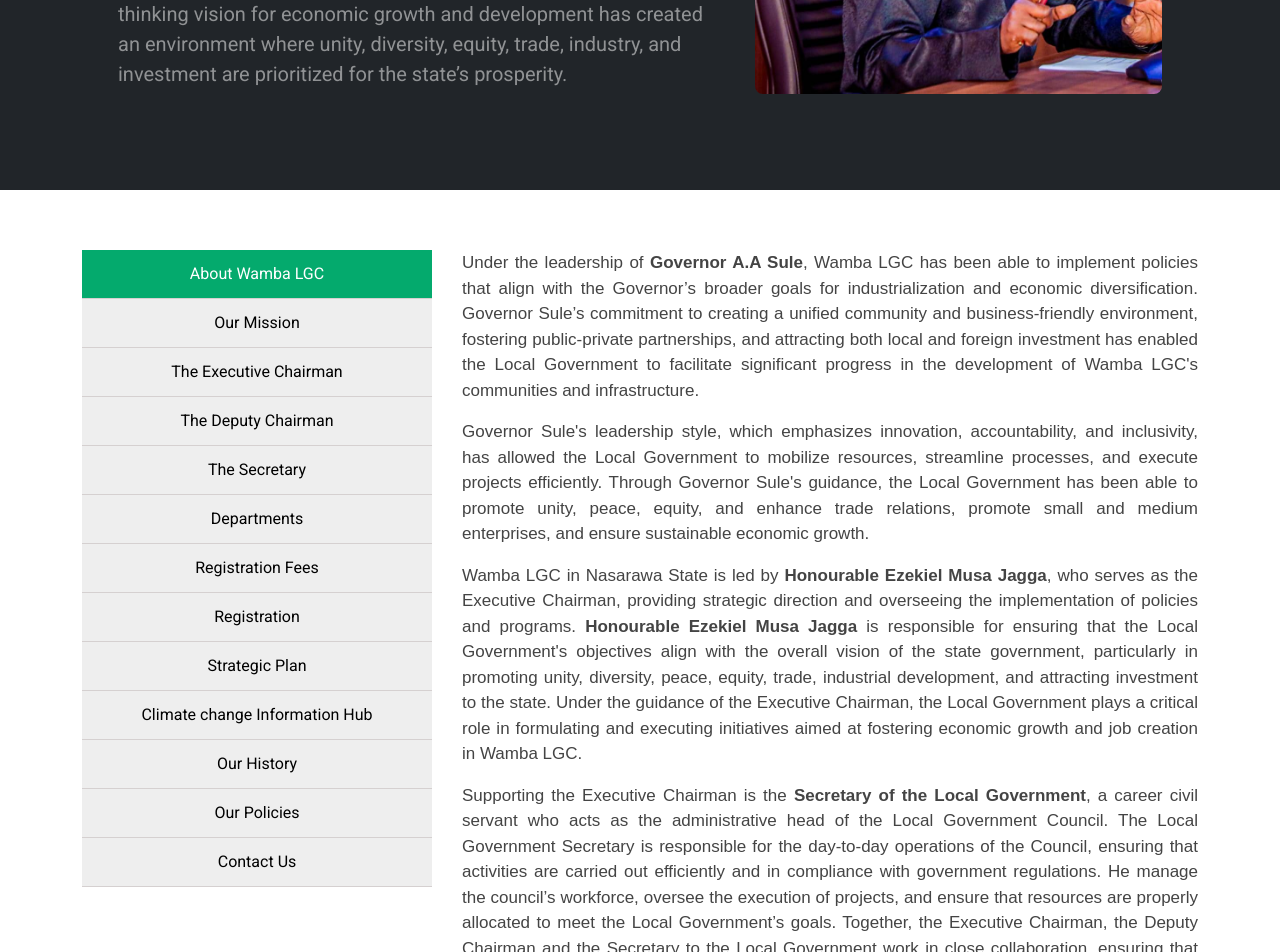
Repository: GlorifiedIntel/wamba-lgc
Page: leadership.html
The author's editor kept a copy of each file at every save. The page is drawn from the files as they stood at one save, then again after the next save.
The browser window is 1280 px wide. The pictures show the part of the page from y = 508 to 1460 px (the page is 2455 px tall).
A picture or video elsewhere on the page could not be fetched, so the positions and the page height are approximate.

Above is the page before, as saved 2025-02-06 04:37:23.
Console error: TypeError: Cannot read properties of null (reading 'click')

### leadership.html
<!DOCTYPE html>
<html lang="en">

<head>
  <meta charset="utf-8">
  <meta http-equiv="X-UA-Compatible" content="IE=edge">
  <meta name="viewport" content="width=device-width, initial-scale=1.0">
  <meta name="format-detection" content="telephone=no">
  <meta name="apple-mobile-web-app-capable" content="yes">
  <meta name="author" content="Kevin Cross Minchakpu">
  <meta name="keywords" content="Wamba, Nasarawa, Industry, Trade, Investment, Entrepreneur">
  <meta name="description" content="Wamba Local Government Council is one of the administrative divisions within Nasarawa State, Nigeria. It is located in the northern part of the state and is predominantly inhabited by diverse ethnic groups, including Rindre, and other indigenous communities.Wamba Local Government Council is one of the administrative divisions within Nasarawa State, Nigeria. It is located in the northern part of the state and is predominantly inhabited by diverse ethnic groups, including Rindre, and other indigenous communities.">
  <title>Wamba Local Government Council</title>
  <!-- Favicons -->
  <link href="assets/img/favicon.png" rel="icon">
  <link href="assets/img/apple-touch-icon.png" rel="apple-touch-icon">

  <!-- Fonts -->
  <link href="https://fonts.googleapis.com" rel="preconnect">
  <link href="https://fonts.gstatic.com" rel="preconnect" crossorigin>
  <link href="https://fonts.googleapis.com/css2?family=Roboto:ital,wght@0,100;0,300;0,400;0,500;0,700;0,900;1,100;1,300;1,400;1,500;1,700;1,900&family=Poppins:ital,wght@0,100;0,200;0,300;0,400;0,500;0,600;0,700;0,800;0,900;1,100;1,200;1,300;1,400;1,500;1,600;1,700;1,800;1,900&family=Raleway:ital,wght@0,100;0,200;0,300;0,400;0,500;0,600;0,700;0,800;0,900;1,100;1,200;1,300;1,400;1,500;1,600;1,700;1,800;1,900&display=swap" rel="stylesheet">

  <!-- Vendor CSS Files -->
  <link href="assets/vendor/bootstrap/css/bootstrap.min.css" rel="stylesheet">
  <link href="assets/vendor/bootstrap-icons/bootstrap-icons.css" rel="stylesheet">
  <link href="assets/vendor/aos/aos.css" rel="stylesheet">
  <link href="assets/vendor/glightbox/css/glightbox.min.css" rel="stylesheet">
  <link href="assets/vendor/swiper/swiper-bundle.min.css" rel="stylesheet">

  <!-- Main CSS File -->
  <link href="assets/css/main.css" rel="stylesheet">
</head>

<body class="index-page">
  <header id="header" class="header d-flex align-items-center fixed-top bg-success">
    <div class="container-fluid container-xl position-relative d-flex align-items-center justify-content-between">
      <a href="index.html" class="logo d-flex align-items-center">
        <img src="assets/img/wamba-logo.png" alt="Logo" >
      </a>
      <nav id="navmenu" class="navmenu">
        <ul>
          <li><a href="index.html" class="active">Home</a></li>
          <li class="dropdown"><a href="about-mtii.html"><span>About</span> <i class="bi bi-chevron-down toggle-dropdown"></i></a>
            <ul>
              <li><a href="about-wamba.html">Wamba LGC</a></li>
                  <li><a href="wamba-history.html">Wamba History</a></li>
                  <li><a href="the-chairman.html" >The Executive Chairman</a></li>
                  <li><a href="the-deputy.html" >The Deputy Chairman</a></li>
                  <li><a href="the-secretary.html" >The Secretary</a></li>
                  <li><a href="directors.html" >Our Legislators</a></li>
                  <li><a href="contact-us.html" >Our Contact</a></li>
            </ul>
          </li>

          <li class="dropdown"><a href="#"><span>Business Enabling Reforms</span> <i class="bi bi-chevron-down toggle-dropdown"></i></a>
            <ul>
              <li><a href="business-plans.html">Business Enabling Action Plan</a></li>
                  <li><a href="grievance.html">Grievance Redress Mechanism</a></li>
                  <li><a href="application-guidelines.html" >Application Guidelines</a></li>
                  <li><a href="legal-framework.html" >Legal Framework</a></li>
                  <li><a href="investment-opportunities.html" >Investment Opportunities</a></li>
              </ul>
          </li>

          <li class="dropdown"><a href="departments.html"><span>Departments</span> <i class="bi bi-chevron-down toggle-dropdown"></i></a>
            <ul>
              <li><a href="admin.html">Administration</a></li>
              <li><a href="agriculture.html">Agriculture and Natural Resources</a></li>
              <li><a href="education.html">Education</a></li>
              <li><a href="environment.html">Environmental Services</a></li>
              <li><a href="finance.html">Finance and Accounts</a></li>
              <li><a href="health.html">Health</a></li>
              <li><a href="all-departments.html">More Departments</a></li>
             </ul>
          </li>

          <li class="dropdown"><a href="projects.html"><span>Projects</span> <i class="bi bi-chevron-down toggle-dropdown"></i></a>
            <ul>
              <li><a href="completed.html">Completed Projects</a></li>
                  <li><a href="ongoing.html">Ongoing Projects</a></li>
                  <li><a href="proposed.html" >Proposed Projects</a></li>
            </ul>
          </li>

          <li class="dropdown"><a href="registration.html"><span>Education</span> <i class="bi bi-chevron-down toggle-dropdown"></i></a>
            <ul>
              <li><a href="ubec.html">UBEC</a></li>
                  <li><a href="secondary-schools.html">Secondary Schools</a></li>
                  <li><a href="private-schools.html" >Private Schools</a></li>
                  <li><a href="relevant-tech.html" >Relevant Technology</a></li>
                  <li><a href="faqs.html" >FAQs</a></li>
            </ul>
          </li>
        </ul>
        <i class="mobile-nav-toggle d-xl-none bi bi-list"></i>
      </nav>
    </div>
  </header>

  <main class="main">
    <header class="bg-dark py-5 emie">
      <div class="container px-5">
          <div class="row gx-5 align-items-center justify-content-center">
              <div class="col-lg-8 col-xl-7 col-xxl-6">
                  <div class="my-5 text-center text-xl-start">
                      <h1 class="display-6 fw-bolder text-white mb-2 text-center">Wamba LGC & <br> Engr. Abdullahi A. Sule's <br> Reforms</h1>
                      <p class="lead fw-normal text-white-50 mb-4">Wamba Local Government Council in Nasarawa State operates under the direct supervision of the Executive Governor, His Excellency Governor Abdullahi A. Sule. His dynamic leadership has been instrumental in enabling the Local Government to carry out its mission and objectives effectively. Governor Sule’s forward-thinking vision for economic growth and development has created an environment where unity, diversity, equity, trade, industry, and investment are prioritized for the state’s prosperity.</p>
                  </div>
              </div>
              <div class="col-xl-5 col-xxl-6 d-none d-xl-block text-center"><img class="img-fluid rounded-3 my-5" src="./assets/img/aa-sule.jpg" alt="..." /></div>
          </div>
      </div>
  </header>

  <section id="starter-section" class="starter-section section">
    <div class="container text-center">
      <div class="row justify-content-start">
        <div class="col-md-4 left-column">
          <div class="wamba-vertical-menu">
            <a href="about-mtii.html" class="active">About Wamba LGC</a>
            <a href="about-mtii.html">Our Mission</a>
            <a href="the-commissioner.html">The Executive Chairman</a>
            <a href="the-deputy.html">The Deputy Chairman</a>
            <a href="the-secretary.html">The Secretary</a>
            <a href="departments.html">Departments</a>
            <a href="registration-fee.html">Registration Fees</a>
            <a href="online-registration.html">Registration</a>
            <a href="strategic-plans.html">Strategic Plan</a>
            <a href="climate-change.html">Climate change Information Hub</a>
            <a href="our-history.html">Our History</a>
            <a href="our-policies.html">Our Policies</a>
            <a href="contact-us.html">Contact Us</a>
          </div>
        </div>
    <!-- Section Title -->
    <div class="col-md-8 right-column text-start">
     <p class="elhanan">Under the leadership of <strong>Governor A.A Sule</strong>, Wamba LGC has been able to implement
        policies that align with the Governor’s broader goals for industrialization and economic
        diversification. Governor Sule’s commitment to creating a unified community and  business-friendly environment,
        fostering public-private partnerships, and attracting both local and foreign investment has
        enabled the Local Government to facilitate significant progress in the development of Wamba LGC's
        communities and infrastructure.</p>
      <p class="elhanan">Governor Sule's leadership style, which emphasizes innovation, accountability,
        and inclusivity, has allowed the Local Government to mobilize resources, streamline processes, and
        execute projects efficiently. Through Governor Sule's guidance, the Local Government has been able to
        promote unity, peace, equity, and enhance trade relations, promote small and medium enterprises, and ensure sustainable economic
        growth.</p>
      <p class="elhanan">Wamba LGC in Nasarawa State is led by <strong>Honourable Ezekiel Musa Jagga</strong>, who serves as the Executive Chairman, providing strategic direction and overseeing the implementation of policies and programs. <strong>Honourable Ezekiel Musa Jagga</strong> is responsible for ensuring that the Local Government's objectives align with the overall vision of the state government, particularly in promoting unity, diversity, peace, equity, trade, industrial development, and attracting investment to the state. Under the guidance of the Executive Chairman, the Local Government plays a critical role in formulating and executing initiatives aimed at fostering economic growth and job creation in Wamba LGC.</p>
    <p class="elhanan">Supporting the Executive Chairman is the <strong>Secretary of the Local Government</strong>, a career civil servant who acts as the administrative head of the Local Government Council. The Local Government Secretary is responsible for the day-to-day operations of the Council, ensuring that activities are carried out efficiently and in compliance with government regulations. He manage the council’s workforce, oversee the execution of projects, and ensure that resources are properly allocated to meet the Local Government’s goals. Together, the Executive Chairman, the Deputy Chairman and the Secretary to the Local Government work in close collaboration, ensuring that the Wamba LGC effectively delivers on its mandate to promote unity, diversity, peace, equity, and enhance trade, industrialization, and investment in the Local Government.</p>
    </section><!-- /Section End -->
         <div class="container">
        <div class="row justify-content-center text-center mb-2 mb-lg-4">
        <div class="row">
          <div class="col-md-4 mb-lg-0 mb-4">
            <div class="card text-white border-0 justify-content-end position-relative">
              <img class="img-fluid" src="https://freefrontend.dev/assets/square.png" alt="Hon. Barr. Abubakar Mohammed Imam Zanwa">
              <div class="position-absolute bottom-0 w-100 p-2 p-lg-4 bg-dark">
                <h5 class="fw-bold text-warning">Hon. Ezekiel Musa Jagga</h5>
                <div>
                 Executive Chairman, Wamba LGC
                </div>
              </div>
            </div>
          </div>
          <div class="col-md-4 mb-lg-0 mb-4">
            <div class="card text-white border-0 justify-content-end position-relative">
              <img class="img-fluid" src="https://freefrontend.dev/assets/square.png" alt="Deputy Chairman, Wamba LGC">
              <div class="position-absolute bottom-0 w-100 p-2 p-lg-4 bg-dark">
                <h5 class="fw-bold text-warning">John Doe</h5>
                <div>
                  Deputy Chairman, Wamba LGC
                </div>
              </div>
            </div>
          </div>
          <div class="col-md-4">
            <div class="card text-white border-0 justify-content-end position-relative">
              <img class="img-fluid" src="https://freefrontend.dev/assets/square.png" alt="Secretary, Wamba LGC">
              <div class="position-absolute bottom-0 w-100 p-2 p-lg-4 bg-dark">
                <h5 class="fw-bold text-warning">John Doe</h5>
                <div>
                  Secretary, Wamba LGC
                </div>
              </div>
            </div>
          </div>
        </div>
      </div>

      <a class="btn btn-dark btn-lg mb-5 mt-5 mtii-hover" href="directors.html" role="button">See the Directors</a>
      <a class="btn btn-danger btn-lg mb-5 mt-5 mtii-hover" href="directors.html" role="button">See the Legislators</a>
    </main>
  <!--Main End-->

<!--Footer Start-->
<footer id="footer" class="footer dark-background">

  <div class="container footer-top">
    <div class="row gy-4">
      <div class="col-lg-4 col-md-6 footer-about">
        <a href="index.html" class="logo d-flex align-items-center">
          <span class="sitename">Wamba LGC</span>
        </a>
        <div class="footer-contact pt-3">
         <p>Jos Road,</p>
          <p>Wamba, Nasarawa State </p>
          <p class="mt-3"><strong>Phone:</strong> <span>+234 5589 55488 55</span></p>
          <p><strong>Email:</strong> <span>info@wamba.gov.ng</span></p>
        </div>
        <div class="social-links d-flex mt-4">
          <a href="" title="Twitter"><i class="bi bi-twitter-x"></i></a>
          <a href="" title="Facebook"><i class="bi bi-facebook"></i></a>
          <a href="" title="Instagram"><i class="bi bi-instagram"></i></a>
          <a href="" title="LinkedIn"><i class="bi bi-linkedin"></i></a>
        </div>
      </div>

      <div class="col-lg-2 col-md-3 footer-links">
        <h4>Useful Links</h4>
        <ul>
          <li><a href="index.html">Home</a></li>
          <li><a href="about-mtii.html">About us</a></li>
          <li><a href="services.html">Services</a></li>
          <li><a href="terms-of-use.html">Terms of service</a></li>
          <li><a href="privacy-policy.html">Privacy policy</a></li>
        </ul>
      </div>

      <div class="col-lg-2 col-md-3 footer-links">
        <h4>Our Services</h4>
        <ul>
          <li><a href="business-premises.html">Business Premises Registration</a></li>
          <li><a href="ngo-cbo-registration.html">NGOs/CBOs Registration</a></li>
          <li><a href="fbo-registration.html">FBOS Registration</a></li>
          <li><a href="cooperative-registration.html">Co-operative Society Registration</a></li>
          <li><a href="rent.html">Rent/Leasing/Haulage</a></li>
        </ul>
      </div>

      <div class="col-lg-4 col-md-12 footer-newsletter">
        <h4>Our Newsletter</h4>
        <p>Subscribe to our newsletter and receive the latest news about our services!</p>
        <form action="forms/newsletter.php" method="post" class="php-email-form">
          <div class="newsletter-form"><input type="email" name="email"><input type="submit" value="Subscribe"></div>
          <div class="loading">Loading</div>
          <div class="error-message"></div>
          <div class="sent-message">Your subscription request has been sent. Thank you!</div>
        </form>
      </div>

    </div>
  </div>

  <div class="container-fluid copyright text-center mt-4 bg-dark">
    <p>© <span>Copyright</span> <strong class="px-1 sitename">Wamba LGC</strong> <span>All Rights Reserved</span></p>
    <div class="credits">
      Designed & Developed by <a href="https://kevinomics.com/">Kevin Cross Minchakpu</a> Powered By <a href="https://octatesystems.com">Octate Systems</a>
    </div>
  </div>

</footer>

<!-- Scroll Top -->

<button id="scroll-top" class="scroll-top d-flex bg-dark align-items-center justify-content-center" title="Scroll to top"><i class="bi bi-arrow-up-short"></i></button>
<!-- Preloader -->
<div id="preloader"></div>

<!-- Vendor JS Files -->
<script src="assets/vendor/bootstrap/js/bootstrap.bundle.min.js"></script>
<script src="assets/vendor/php-email-form/validate.js"></script>
<script src="assets/vendor/aos/aos.js"></script>
<script src="assets/vendor/glightbox/js/glightbox.min.js"></script>
<script src="assets/vendor/purecounter/purecounter_vanilla.js"></script>
<script src="assets/vendor/swiper/swiper-bundle.min.js"></script>

<!-- Main JS File -->
<script src="assets/js/main.js"></script>
<script src="assets/js/reforms.js"></script>

</body>
</html>

Loaded but not shown: assets/vendor/bootstrap/css/bootstrap.min.css (library); assets/vendor/bootstrap-icons/bootstrap-icons.css (library); assets/vendor/aos/aos.css (library); assets/vendor/glightbox/css/glightbox.min.css (library); assets/vendor/swiper/swiper-bundle.min.css (library); assets/vendor/bootstrap/js/bootstrap.bundle.min.js (library); assets/vendor/php-email-form/validate.js (common file); assets/vendor/aos/aos.js (library); assets/vendor/glightbox/js/glightbox.min.js (library); assets/vendor/purecounter/purecounter_vanilla.js (library); assets/vendor/swiper/swiper-bundle.min.js (library); assets/js/main.js (181 lines, source omitted); assets/js/reforms.js (43 lines, source omitted); assets/css/main.css (1960 lines, source omitted)

After the next save:
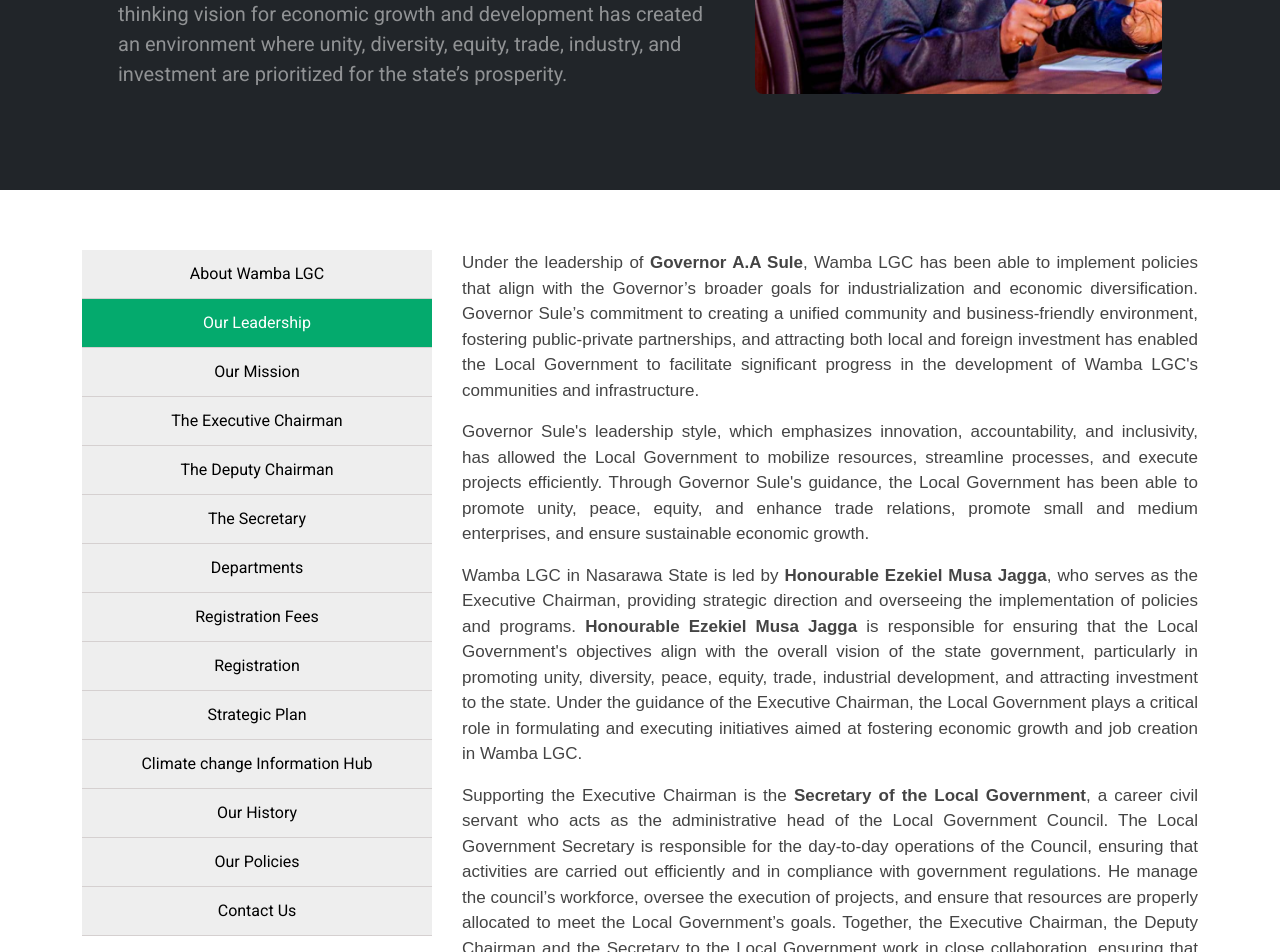
Saved 87 s later.
--- a/leadership.html
+++ b/leadership.html
@@ -117,7 +117,8 @@
       <div class="row justify-content-start">
         <div class="col-md-4 left-column">
           <div class="wamba-vertical-menu">
-            <a href="about-mtii.html" class="active">About Wamba LGC</a>
+            <a href="about-mtii.html">About Wamba LGC</a>
+            <a href="about-mtii.html" class="active">Our Leadership</a>
             <a href="about-mtii.html">Our Mission</a>
             <a href="the-commissioner.html">The Executive Chairman</a>
             <a href="the-deputy.html">The Deputy Chairman</a>
